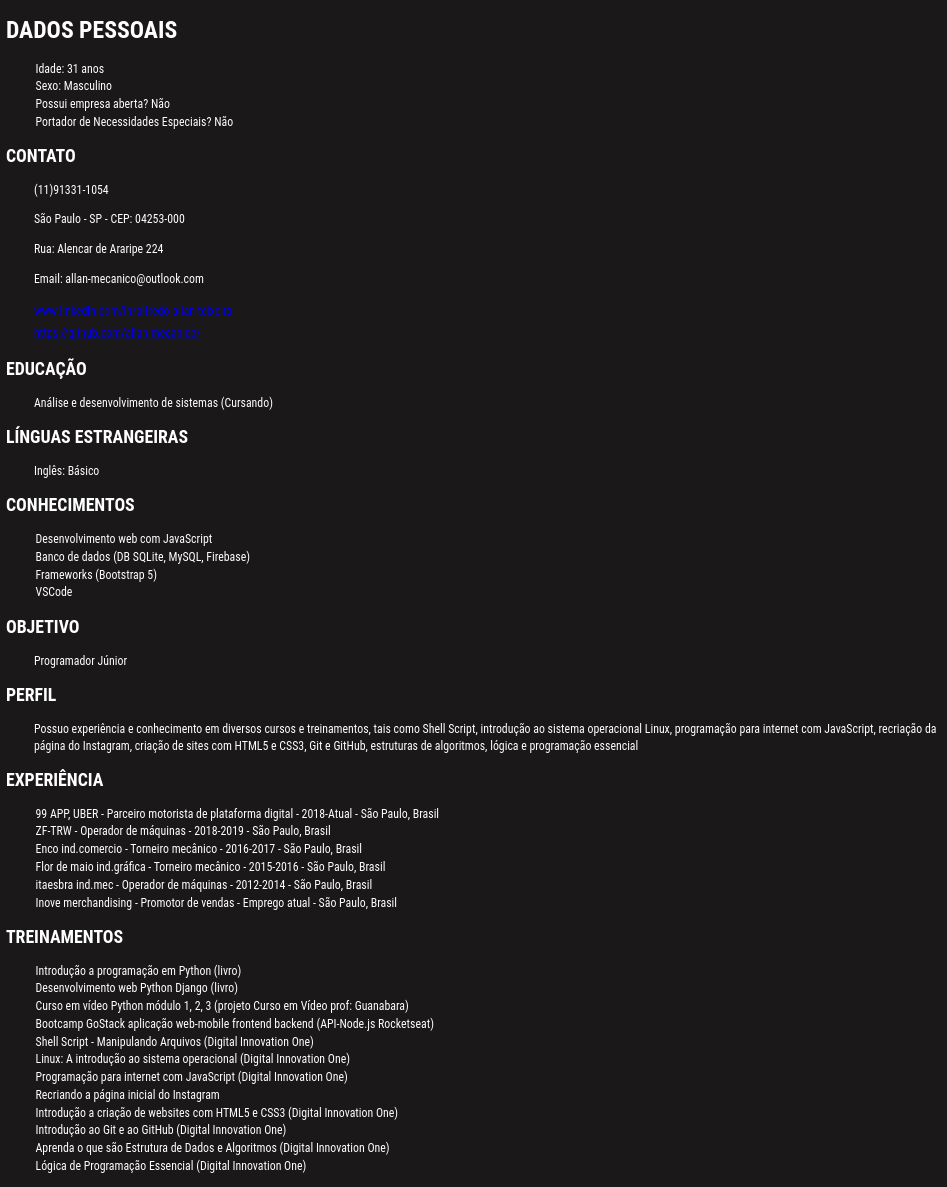
Repository: alfredo-allan/Portfolio
Page: curriculo.html
An editor plug-in stored every save of this project. The page is shown before and after a run of saves, followed by the edit.
The browser window is 1280 px wide. The pictures show the whole page, at 74% of full size.

Above is the page before, as saved 2024-03-20 15:20:19.

After the next 2 saves:
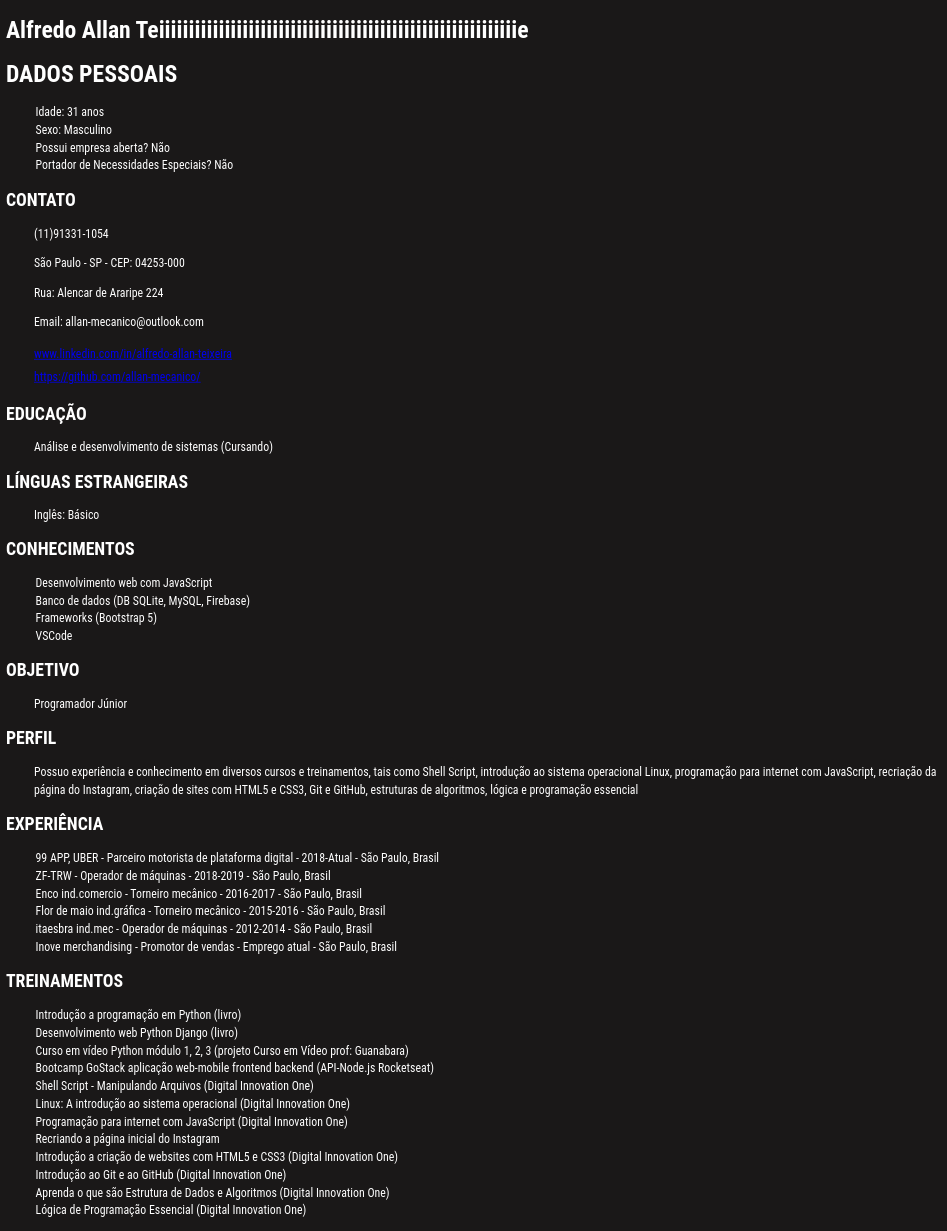
The 2 saves are shown as one change because they came seconds apart.
The last was saved 19 s later.
--- a/curriculo.html
+++ b/curriculo.html
@@ -10,7 +10,7 @@
 </head>
 
 <body>
-  <h1></h1>
+  <h1>Alfredo Allan Teiiiiiiiiiiiiiiiiiiiiiiiiiiiiiiiiiiiiiiiiiiiiiiiiiiiiiiiiiiiie</h1>
 	<h1>DADOS PESSOAIS</h1>
 	<ul>
 		<li>Idade: 31 anos</li>
